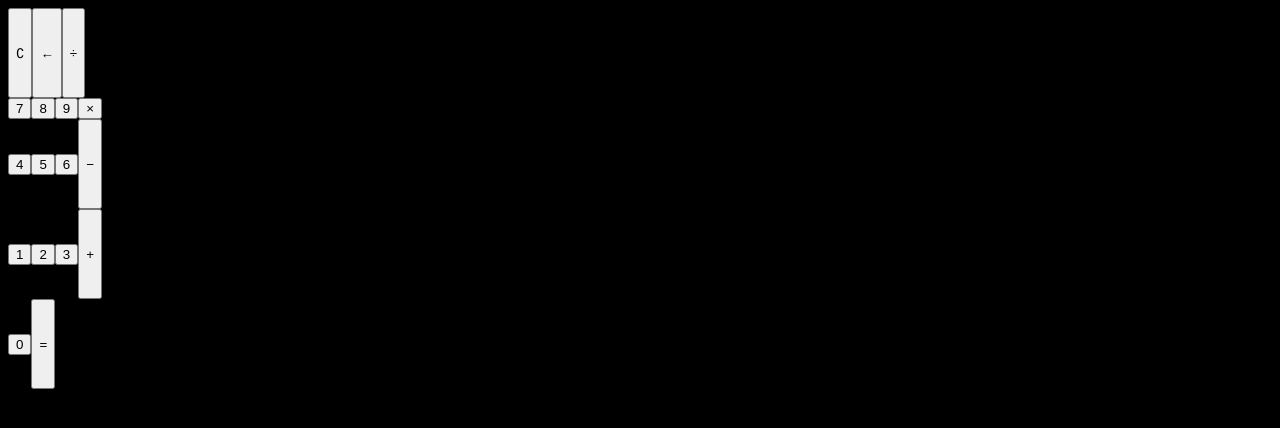
Repository: jontslater/LAB-calculator2
Page: index.html
An editor plug-in stored every save of this project. The page is shown before and after the next save, followed by the edit.
The browser window is 1280 px wide. The pictures show the whole page.

Above is the page before, as saved 2023-10-12 15:35:52.

After the next save:
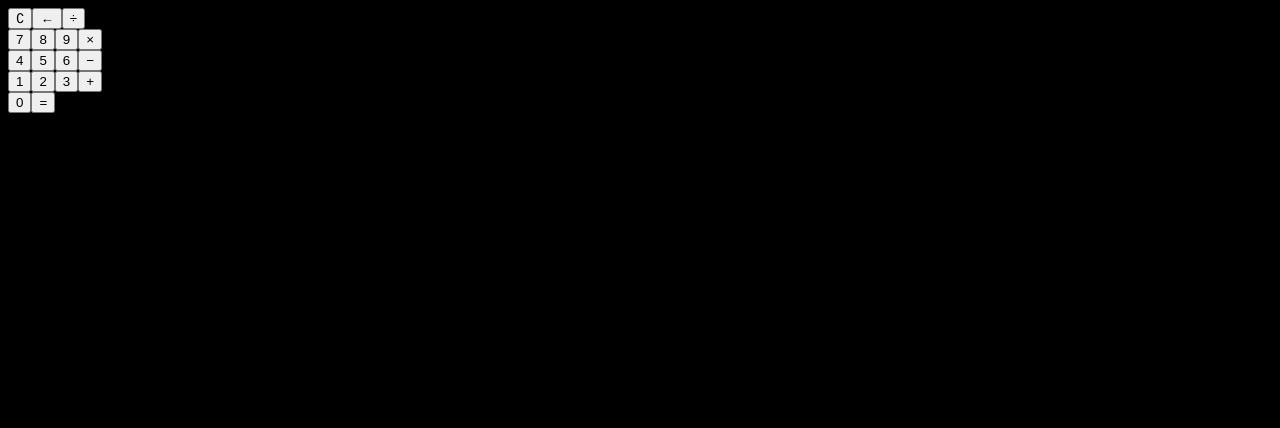
Saved 21 s later.
--- a/main.css
+++ b/main.css
@@ -13,6 +13,7 @@ body{
 
 .orange{
   background-color:goldenrod
+
+  height: 90px
   width: 90px;
-  height: 90px
 }
